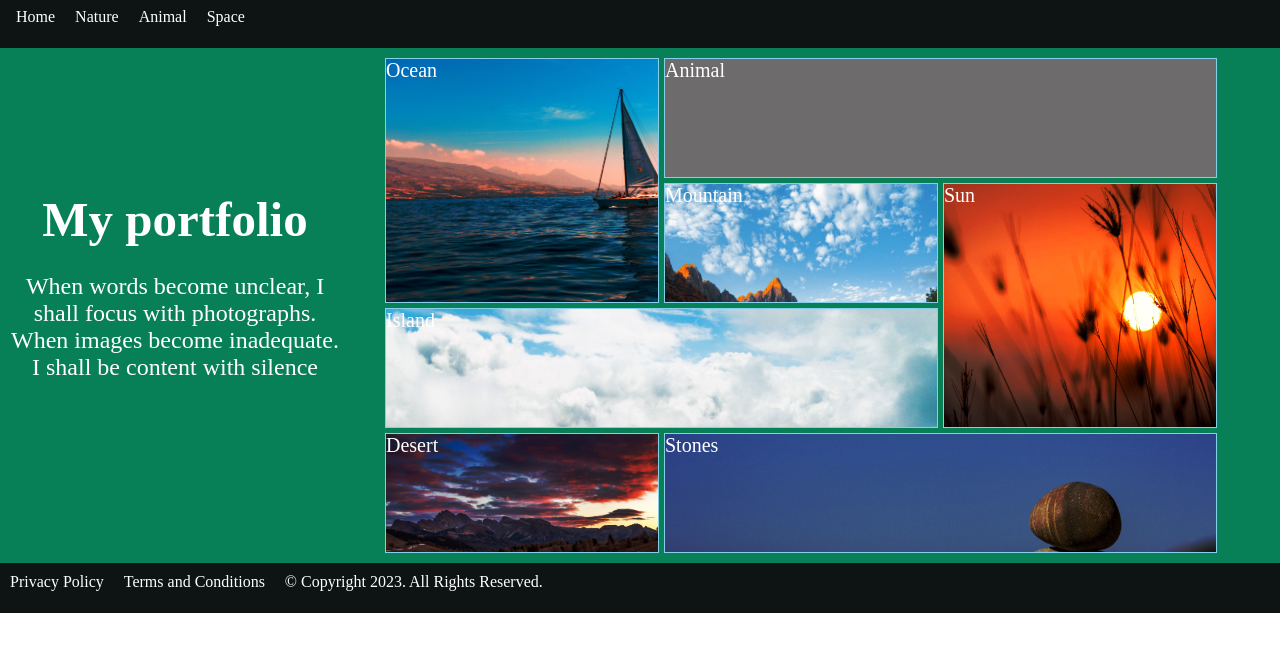
Repository: suraj-yadav7/03_Gallery_Portfolio
Page: index.html
An editor plug-in stored every save of this project. The page is shown before and after the next save, followed by the edit.
The browser window is 1280 px wide. The pictures show the whole page.
Pictures or frames that could not be fetched are drawn as grey boxes. Some web fonts or font styles are not loaded; a fallback is used.

Above is the page before, as saved 2023-02-14 21:47:23.

After the next save:
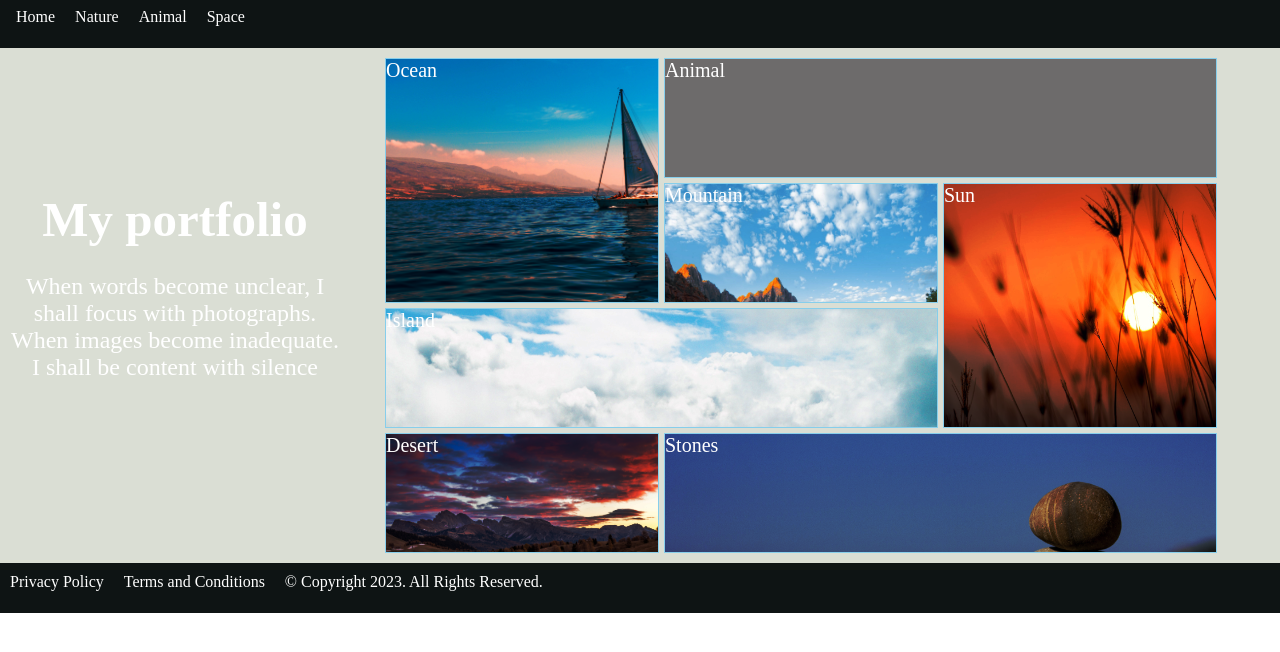
Saved 4 min 5 s later.
--- a/style.css
+++ b/style.css
@@ -52,7 +52,7 @@ a:hover{
 
 /*main -section */
 .container{
-    background-color: rgb(7, 127, 87);
+    background-color: #daded4;
     padding-block: 10px;
     gap: 35px;
     font-family: "bodoni modo" ;
